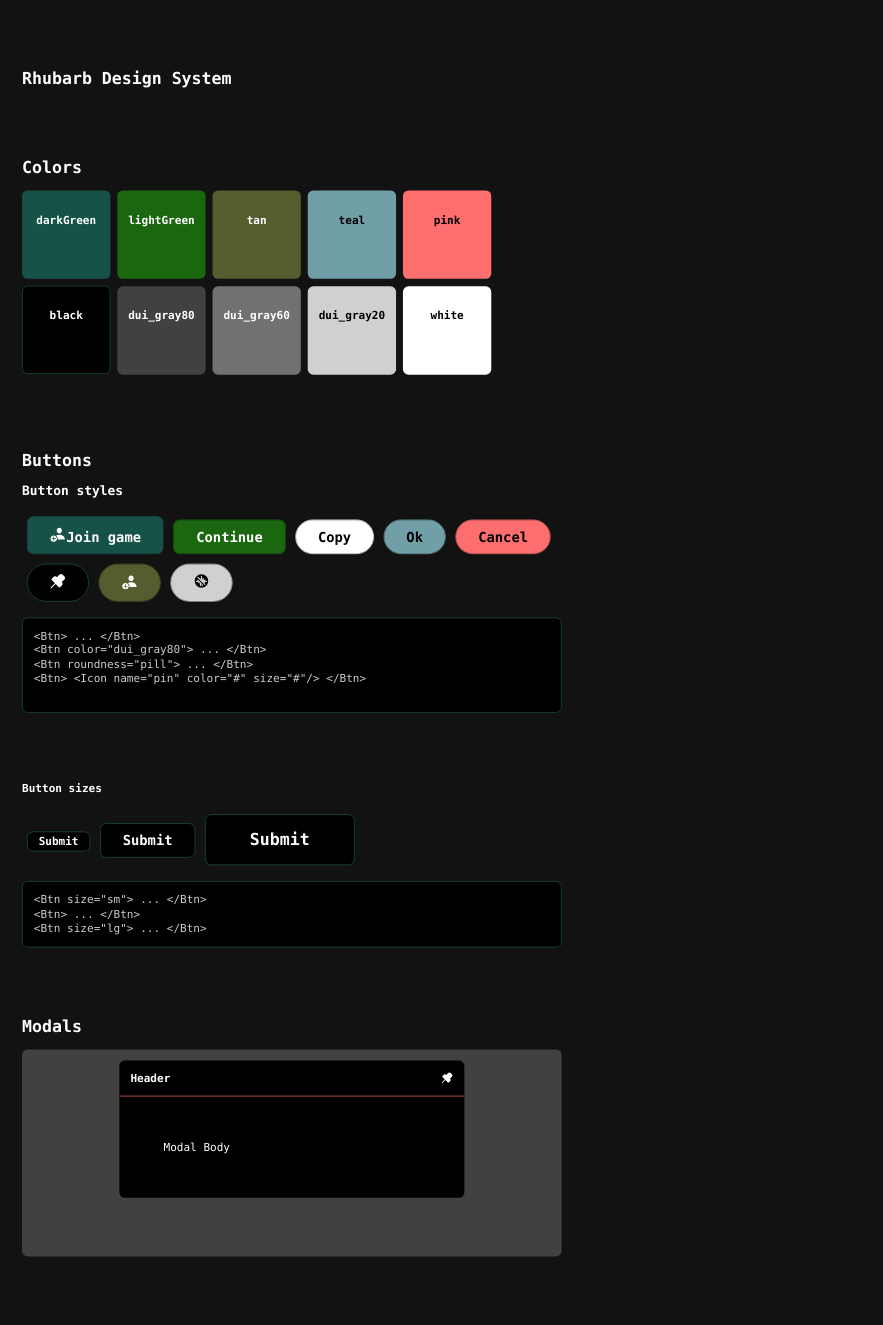
Repository: kttalley/designing-with-data_react-class
Page: / (app in lesson6_design-system-component-extension/)
An editor plug-in stored every save of this project. The page is shown before and after the next save, followed by the edit.
The browser window is 1280 px wide. The pictures show the whole page, at 69% of full size.
The project was rebuilt for these pictures with package versions that can differ from the ones it lists, and the page was loaded fresh each time. Imported but missing from the stored project, and not drawn on this page: lesson6_design-system-component-extension/src/Rhubarb/Input.

Above is the page before, as saved 2023-09-01 13:11:14.

### lesson6_design-system-component-extension/src/App.js
import React, { Component } from 'react';
import { DocsSection, DocsColorBox, DocsModalContainer, DocsCodeBlock } from './Docs';
import Icon from './Rhubarb/Icon'

import {
  GlobalStyle,
  Btn,
  Modal,
  fontSize,
  color,
} from './Rhubarb';

class App extends Component {
  render() {
    return (
      <div>
        <GlobalStyle />

        <DocsSection>
          <h1>Rhubarb Design System</h1>
        </DocsSection>
        <DocsSection>
          <h2>Colors</h2>
          <DocsColorBox color="darkGreen">darkGreen</DocsColorBox>
          <DocsColorBox color="lightGreen">lightGreen</DocsColorBox>
          <DocsColorBox color="tan">tan</DocsColorBox>
          <DocsColorBox color="teal">teal</DocsColorBox>
          <DocsColorBox color="pink">pink</DocsColorBox>
          <DocsColorBox color="black">black</DocsColorBox>
          <DocsColorBox color="dui_gray80">dui_gray80</DocsColorBox>
          <DocsColorBox color="dui_gray60">dui_gray60</DocsColorBox>
          <DocsColorBox color="dui_gray20">dui_gray20</DocsColorBox>
          <DocsColorBox color="white">white</DocsColorBox>
        </DocsSection>

        <DocsSection>
          <h2>Buttons</h2>
          <h3>Button styles</h3>
          <Btn color="darkGreen">
            <Icon name="add" context="btn" color="#ffffff" size={fontSize[3]}></Icon>
            Join game
          </Btn>
          <Btn color="lightGreen">Continue</Btn>
          <Btn color="white"  roundness="pill">Copy</Btn>
          <Btn color="teal"  roundness="pill">Ok</Btn>
          <Btn color="pink"  roundness="pill">Cancel</Btn>
          <Btn roundness="pill">
            <Icon name="pin" size={fontSize[3]} />
          </Btn>
          <Btn roundness="pill" color="tan">
            <Icon name="add" size={fontSize[3]} />
          </Btn>
          <Btn color="dui_gray20" roundness="pill">
            <Icon name="cancel" color={color.black} size={fontSize[3]}></Icon>
          </Btn>
          <DocsCodeBlock>
            {`<Btn> ... </Btn>
            <Btn color="dui_gray80"> ... </Btn>
            <Btn roundness="pill"> ... </Btn>
            <Btn> <Icon name="pin" color="#" size="#"/> </Btn>

            `}
          </DocsCodeBlock>
      </DocsSection>
      <DocsSection>
          <h4>Button sizes</h4>
          <Btn size="sm">Submit</Btn>
          <Btn>Submit</Btn>
          <Btn size="lg">Submit</Btn>
           <DocsCodeBlock>
            {`<Btn size="sm"> ... </Btn>
            <Btn> ... </Btn>
            <Btn size="lg"> ... </Btn>
            `}
          </DocsCodeBlock>
        </DocsSection>


        <DocsSection>
          <h2>Modals</h2>
         <DocsModalContainer>
            <Modal header="Header">
              Modal Body
            </Modal>
         </DocsModalContainer>

        </DocsSection>
      </div>
    );
  }
}

export default App;

### lesson6_design-system-component-extension/src/Docs/index.js
import styled from 'styled-components';
import {color, space, isDarkBackground, fontSize} from '../Rhubarb';

export const DocsColorBox = styled.div`
background-color: ${ props => color[props.color] ? color[props.color] : color.black };
  color: ${props => isDarkBackground(props.color) ? color.black : color.white};
  height: ${space[6] + 'px'};
  width: ${space[6] + 'px'};
  padding-top: 33px;
  text-align: center;
  font-weight: bold;
  display: inline-block;
  margin-right: 10px;
  margin-bottom: 10px;
  border-radius: 8px;
  border: ${props => props.color === "black" ? '1px solid' + color.darkGreen : 'none'}
`;

export const DocsSection = styled.section`
  margin: 100px 32px;
  max-width: 782px;
`;

export const DocsModalContainer = styled.section`
  position: relative;
  height: 300px;
  border-radius: 8px;
  padding: 1rem;
  background: ${color.dui_gray80}
`;

export const DocsCodeBlock = styled.code`
  border: 1px solid ${color.darkGreen};
  background-color: ${color.black};
  color: ${color.dui_gray20};
  border-radius: 8px;
  display: block;
  font-family: consolas, monospace;
  line-height: 1.3;
  padding: ${space[3] + 'px'};
  white-space: pre-line;
  font-size: ${fontSize[1]};
  margin-top: ${space[3] + 'px'};
   max-width: 832px;
  transition: 0.15s color ease;

  &::selection {
    color: ${color.black};
    background-color: ${color.pink};
  }

  &:hover {
    color: ${color.white};
  }


`;

### lesson6_design-system-component-extension/src/Rhubarb/Icon.js
import React from 'react';
import Styled, { css } from 'styled-components'



const Icon = function(props) {
    const {name, context, color="white", size=16, ...rest} = props;
    const Drawing = IconMap[name] ? IconMap[name] : null;
    const iconStyles = {
        ...(context === 'btn' && {
            marginRight: '200px',
            color: "red",
            padding: '8px',
            size: '500px'

        }),
    }

    return (
        <svg
            width={size}
            height={size}
            {...rest}
            viewBox="0 0 32 32"
        >
            <Drawing color={color} />
        </svg>

    );

}

function Add(props) {
    return (
        <path fill={props.color} d="M18.6025 16.2451C15.8604 16.2451 13.5879 13.8203 13.5879 10.6846C13.5752 7.65039 15.8857 5.25098 18.6025 5.25098C21.332 5.25098 23.6172 7.625 23.6172 10.6719C23.6172 13.8203 21.3447 16.2451 18.6025 16.2451ZM18.5898 18.5176C25.1406 18.5176 29.2158 23.0117 29.2158 26.2744C29.2158 27.3789 28.5049 27.874 26.7783 27.874H15.4033C15.5303 27.3408 15.5938 26.7695 15.5938 26.1982C15.5938 23.6973 14.4004 21.4756 12.5596 20.0537C14.1719 19.127 16.2158 18.5176 18.5898 18.5176ZM7.79883 32.5078C4.3457 32.5078 1.48926 29.6641 1.48926 26.1982C1.48926 22.7324 4.3457 19.876 7.79883 19.876C11.2646 19.876 14.1211 22.7324 14.1211 26.1982C14.1211 29.6514 11.2393 32.5078 7.79883 32.5078ZM7.81152 30.3496C8.20508 30.3496 8.52246 30.0703 8.52246 29.6641V26.8584H11.125C11.5059 26.8584 11.8105 26.5664 11.8105 26.1855C11.8105 25.8047 11.5059 25.5127 11.125 25.5127H8.52246V22.7197C8.52246 22.3008 8.20508 22.0342 7.81152 22.0342C7.41797 22.0342 7.10059 22.3008 7.10059 22.7197V25.5127H4.48535C4.11719 25.5127 3.8125 25.8047 3.8125 26.1855C3.8125 26.5664 4.11719 26.8584 4.48535 26.8584H7.10059V29.6641C7.10059 30.0703 7.41797 30.3496 7.81152 30.3496Z"></path>
    )
}


function Pin(props) {
    return (
        <path fill={props.color} d="M28.1831 13.4035C28.601 12.9858 28.9325 12.49 29.1587 11.9442C29.3849 11.3984 29.5014 10.8134 29.5015 10.2226C29.5016 9.63174 29.3853 9.0467 29.1592 8.50084C28.9332 7.95498 28.6019 7.45899 28.1841 7.0412L24.9849 3.82147C24.1379 2.97781 22.9906 2.50501 21.7951 2.50703C20.5997 2.50904 19.454 2.9857 18.6099 3.83221L14.354 8.35272C14.2599 8.44609 14.1326 8.49847 14 8.49847C13.8674 8.49847 13.7402 8.44609 13.646 8.35272C13.2271 7.93628 12.7279 7.60921 12.1789 7.39132C11.6298 7.17344 11.0422 7.06928 10.4517 7.08514C9.25462 7.11643 8.11615 7.60989 7.27491 8.46209L3.93702 11.9504C3.65616 12.2318 3.49835 12.6131 3.49816 13.0107C3.49797 13.4083 3.65543 13.7898 3.93602 14.0715L10.2144 20.3666L2.29341 28.2931C2.20056 28.386 2.12691 28.4962 2.07666 28.6175C2.02641 28.7389 2.00055 28.8689 2.00055 29.0002C2.00055 29.1315 2.02641 29.2615 2.07666 29.3828C2.12691 29.5041 2.20056 29.6144 2.29341 29.7072C2.38626 29.8001 2.49649 29.8737 2.6178 29.924C2.73911 29.9742 2.86913 30.0001 3.00044 30.0001C3.13175 30.0001 3.26177 29.9742 3.38308 29.924C3.5044 29.8737 3.61462 29.8001 3.70747 29.7072L11.6266 21.7825L17.8891 28.0617C18.0288 28.2015 18.1948 28.3122 18.3775 28.3877C18.5602 28.4631 18.7559 28.5016 18.9536 28.5012C19.1477 28.5019 19.3402 28.4644 19.5198 28.3906C19.6995 28.3169 19.8628 28.2084 20.0004 28.0715L23.5463 24.718C24.4021 23.8866 24.8934 22.7498 24.9124 21.5568C24.9315 20.3638 24.4767 19.212 23.6479 18.3537C23.555 18.2608 23.5025 18.135 23.5015 18.0036C23.5006 17.8722 23.5515 17.7458 23.643 17.6515L28.1831 13.4035Z"></path>
    )
}
function Cancel(props) {
    return (
        <path fill={props.color} d="M29 16C29 23.1797 23.1797 29 16 29C8.8203 29 3 23.1797 3 16C3 8.8203 8.8203 3 16 3C23.1797 3 29 8.8203 29 16ZM16.9957 6.9078C16.9481 6.39344 16.5166 6 16 6C15.4834 6 15.0519 6.39344 15.0043 6.9078L14.438 13.0238L13.796 12.3818L13.6593 11.265C13.5997 10.7785 13.1962 10.4068 12.7064 10.3873C12.4524 10.3772 12.2141 10.4634 12.0298 10.6156L9.70711 8.29289C9.31658 7.90237 8.68342 7.90237 8.29289 8.29289C7.95024 8.63555 7.90824 9.16501 8.16689 9.55346L22.4466 23.8331C22.835 24.0918 23.3645 24.0498 23.7071 23.7071C24.0976 23.3166 24.0976 22.6834 23.7071 22.2929L21.6914 20.2772C21.812 20.1618 21.9048 20.0154 21.9562 19.8473L22.6544 17.5661C22.8345 17.7326 23.0745 17.8319 23.3333 17.8319H26C26.5523 17.8319 27 17.3842 27 16.8319C27 16.2796 26.5523 15.8319 26 15.8319H24.118L23.638 13.8714C23.5309 13.4342 23.145 13.1224 22.6951 13.1096C22.2452 13.0968 21.8422 13.3862 21.7105 13.8166L21.194 15.5038L20.3131 11.1866C20.2151 10.7063 19.7834 10.3679 19.2936 10.3873C18.8038 10.4068 18.4003 10.7785 18.3407 11.265L17.8046 15.6439L16.9957 6.9078ZM18.9044 23.1194L16.2417 20.4567L16.6709 25.0922C16.718 25.6009 17.1411 25.9924 17.6519 25.9999C18.1628 26.0074 18.5972 25.6287 18.6593 25.1215L18.9044 23.1194ZM15.7993 20.0142L10.8878 15.1028L10.806 15.5038L10.593 14.808L8.96462 13.1796C8.67 13.2965 8.4407 13.5501 8.36203 13.8714L7.88198 15.8319H6C5.44772 15.8319 5 16.2796 5 16.8319C5 17.3842 5.44772 17.8319 6 17.8319H8.66667C8.92551 17.8319 9.16553 17.7326 9.3456 17.5661L10.0438 19.8473C10.1776 20.2846 10.5911 20.5754 11.0478 20.5535C11.5046 20.5316 11.8884 20.2026 11.9798 19.7545L12.4197 17.5986L13.3407 25.1215C13.4028 25.6287 13.8372 26.0074 14.3481 25.9999C14.8589 25.9924 15.282 25.6009 15.3291 25.0922L15.7993 20.0142ZM19.7257 18.3115L19.5184 18.1042L19.5803 17.5986L19.7257 18.3115Z"/>
    )
};




const IconMap = {
    "add": Add,
    "pin": Pin,
    "cancel": Cancel,
};


export default Icon;

### lesson6_design-system-component-extension/src/Rhubarb/index.js
//this file indexes all Rhubarb components for export

import { createGlobalStyle } from "styled-components";

export const GlobalStyle = createGlobalStyle`
  * {
    box-sizing: border-box;
  }

  body {
    margin: 0;
    padding: 0;
    font-family: menlo, sans-serif;
    background-color: #121212;
    color: white;
  }
`;


export * from './Button';
export * from './Input';
export * from './Utils';
export * from './Modal';
export * from './Icon';

### lesson6_design-system-component-extension/src/Rhubarb/Button.js
import { color, space, isDarkBackground, fontSize} from './Utils';
import styled, { css } from 'styled-components';

export const Btn = styled.button`
  background-color: ${ props => color[props.color] ? color[props.color] : color.black };
  color: ${props => isDarkBackground(props.color) ? color.black : color.white};
  outline: 1px solid ${ props => color[props.color] ? color[props.color] : color.darkGreen };
  border-radius: 8px;
  padding: ${space[3] + 'px'};
  margin: ${space[2] + 'px'};
  font-family: menlo;
  font-weight: bold;
  border: none;
  transition: 0.1s all ease;
  font-size: ${fontSize[2]};
  padding: ${space[2] + 4 + 'px'} ${space[4] + 'px'};

  &:hover {
    cursor: pointer;
    filter: brightness(1.1);
    transform: scale(1.1);
  }

  ${props => props.size === 'sm' && css`
    font-size: ${fontSize[1]};
    padding: ${space[1] + 2 + 'px'} ${space[3] + 'px'};
  ` }

    ${props => props.size === 'lg' && css`
      font-size: ${fontSize[3]};
      padding: ${space[3] + 6 + 'px'} ${space[5] + 'px'};
  ` }

  ${props => props.roundness === 'pill' && css`
    border-radius: 32px;
  `}

  ${props => props.color === "black" && css`
    outline: 2px solid green;

  `}


`;

### lesson6_design-system-component-extension/src/Rhubarb/Utils.js
export const color = {

  //core colors
  darkGreen: '#165247',
  tan: '#565C2D',
  lightGreen: '#1A6710',
  teal: '#719FA7',
  pink: '#FF6E6E',

  //grayscale - needs lui
  black: '#000000',
  dui_gray80: '#FFFFFF33',
  dui_gray60: '#FFFFFF66',
  dui_gray40: '##FFFFFF44',
  dui_gray20: '#FFFFFFCC',
  white: '#FFFFFF',
  // solid grays, no opacity,
  //for sake of utility function below
  gray1: '#606060',
  gray2: '#313131',
  gray3: '#181818'

}

export const space = [
  0,
  2,
  8,
  16,
  32,
  64,
  128,
  256,
  512
];

export const fontSize = [
  '14px',
  '16px',
  '20px',
  '24px',
  '32px',
  '64px'
];


export const isDarkBackground = function(color) {
  if (color) {
    if (color.includes('dui_gray20') || color.includes('teal') || color.includes('pink') || color.includes('white')) {
      return true;
    } else {
      return false;
    }
  }
}

### lesson6_design-system-component-extension/src/Rhubarb/Modal.js
import { color, space, fontSize, isDarkBackground} from './Utils';
import React from 'react';
import styled from 'styled-components';
import Icon from './Icon';

const ModalOverlay = styled.div`
  background-color: ${color.dui_gray80};
  position: fixed;
  right: 0;
  left: 0;
  top: 0;
  bottom: 0;
  padding: 1rem;
  margin: 1rem;
  border-radius: ${space[2] + 'px'};
`;

const ModalContainer = styled.div`
  background-color: ${color.black};
  margin: 0 auto;
  position: absolute:
  top: 75px;
  bottom: 75px;
  left: 0;
  right: 0;
  width: 500px;
  margin-left: auto;
  margin-right: auto;
  border-radius: 8px;
  overflow: auto;
  border = 2px solid ${color.pink}
`;

const ModalHeader = styled.div`
  border-bottom: 1px solid ${color.pink};
  padding: ${space[3] + 'px'};
  display: flex;
  justify-content: space-between;
  font-weight: bold;
  font-size:${fontSize[1]};
`;

const ModalBody = styled.div`
  padding: ${space[5] + 'px'}

`;


const ModalDismissIcon = styled.div`
  float: right;
  transition: 0.2s opacity easy;
  cursor: pointer;

  &:hover {
    opacity: 0.6;
  }
`;


export const Modal = function(props) {
  return(
    <ModalContainer>
      <ModalHeader>
        <span>
          { props.header }
        </span>
        {/* <ModalDismissIcon onClick={ props.onDismiss } name="remove" size={20} fill={color.white} /> */}
        <Icon name="pin" onClick={ props.onDismiss} size={18}></Icon>
      </ModalHeader>
      <ModalBody>
        { props.children }
      </ModalBody>
    </ModalContainer>
  )
};


export const ModalWithOverlay = function(props) {
  return (
    <ModalOverlay>
      <Modal {...props} />
    </ModalOverlay>
  )
};

Loaded but not shown: lesson6_design-system-component-extension/public/index.html (common file); lesson6_design-system-component-extension/src/index.js (common file); lesson6_design-system-component-extension/src/index.css (common file); lesson6_design-system-component-extension/src/reportWebVitals.js (common file)

After the next save:
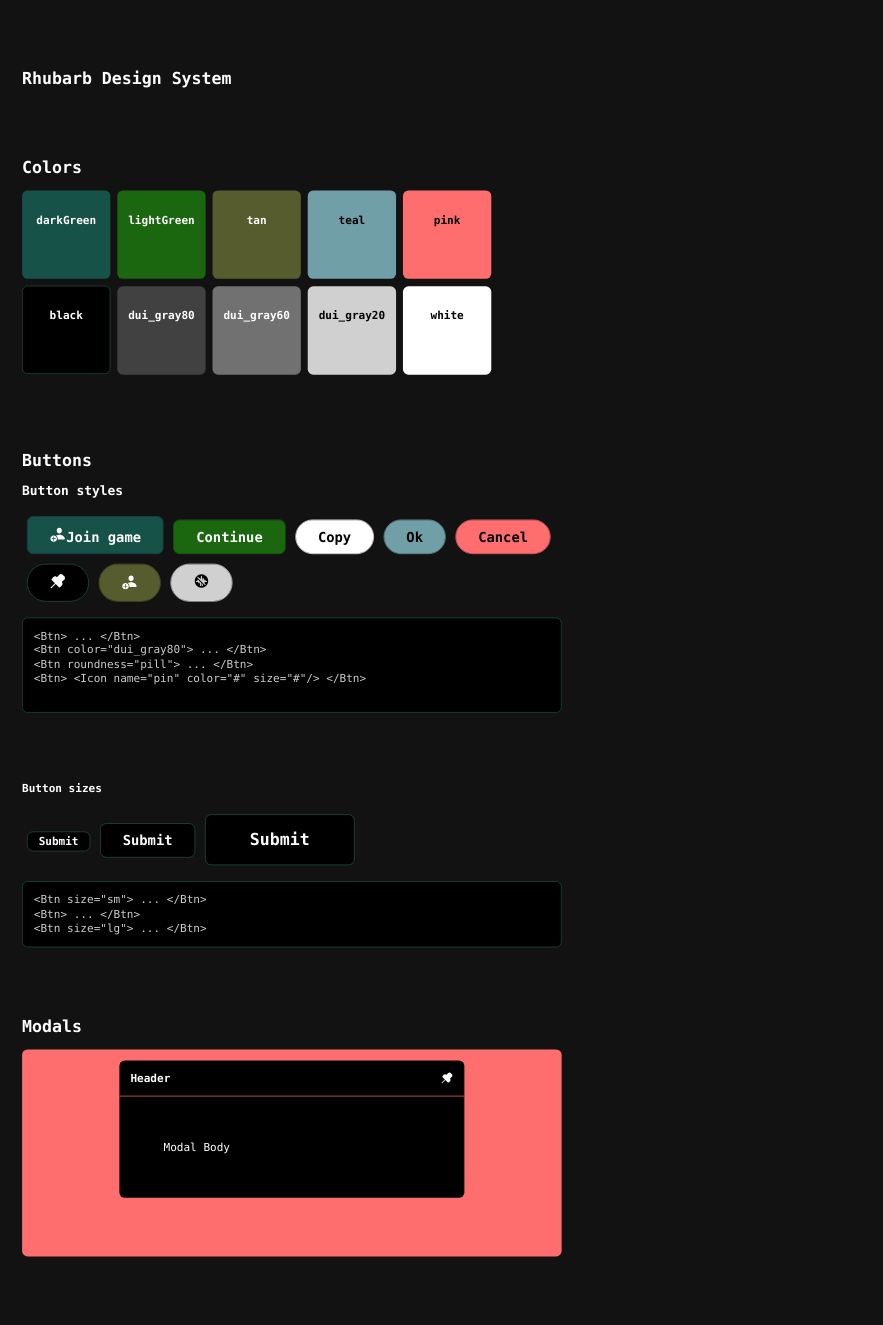
Saved 6 s later.
--- a/lesson6_design-system-component-extension/src/Docs/index.js
+++ b/lesson6_design-system-component-extension/src/Docs/index.js
@@ -26,7 +26,7 @@ export const DocsModalContainer = styled.section`
   height: 300px;
   border-radius: 8px;
   padding: 1rem;
-  background: ${color.dui_gray80}
+  background: ${color.pink}
 `;
 
 export const DocsCodeBlock = styled.code`
